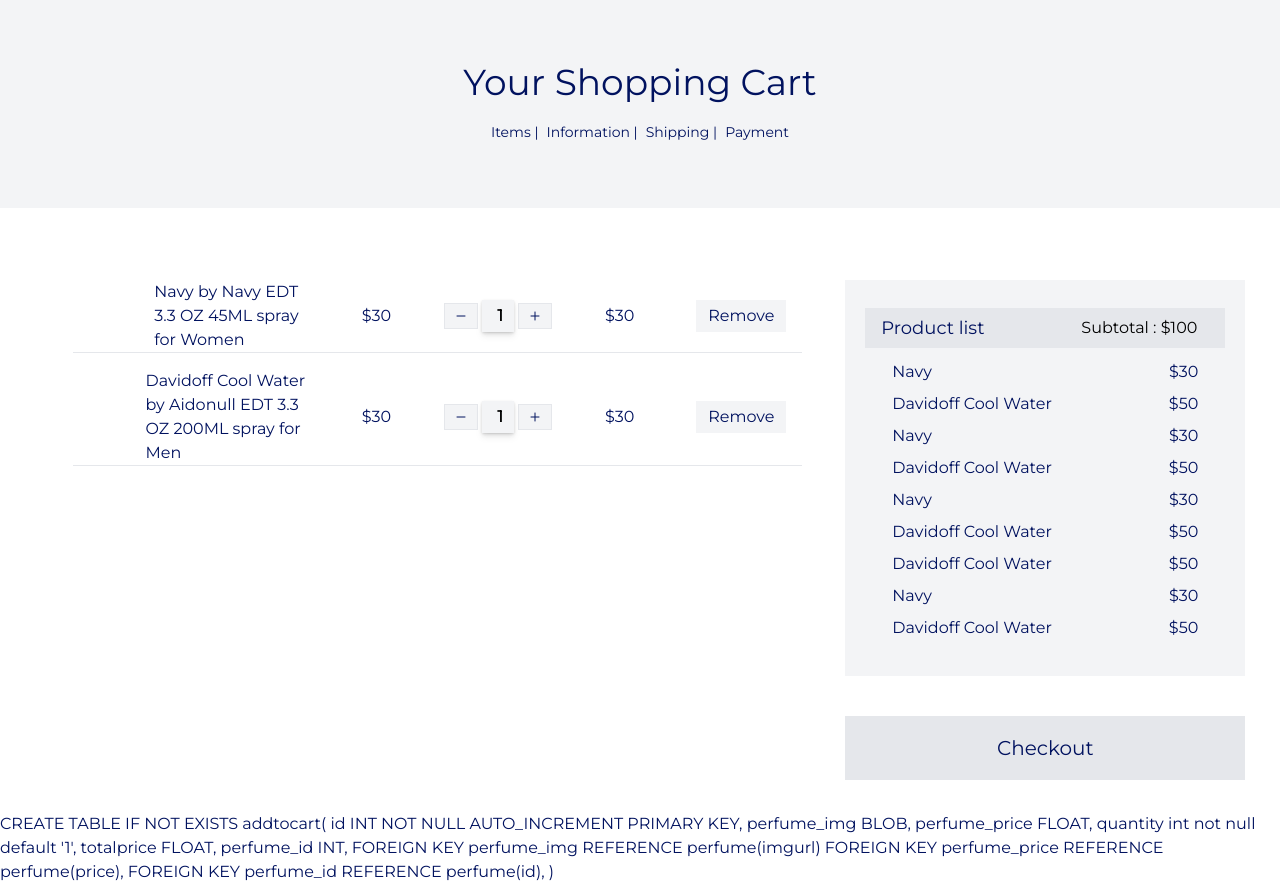
Repository: hsumyatm7308/ecommerce-small-shopping
Page: http://localhost/mvcshop/shopcartpage.php
An editor plug-in stored every save of this project. The page is shown before and after the next save, followed by the edit.
The browser window is 1280 px wide. The pictures show the whole page.
Some web libraries are served in a nearby version. The page is run by PHP 8.4 with error messages shown; the project is at /var/www/html/. Queries for data that is not in the repository find no rows.

Above is the page before, as saved 2023-08-11 01:38:56.

### shopcartpage.php
<!DOCTYPE html>
<html>

<head>
    <meta charset="UTF-8">
    <meta name="viewport" content="width=device-width, initial-scale=1.0">
    <title>Shopping</title>
    <link rel="stylesheet" href="./css/style.css">
    <script src="https://cdn.tailwindcss.com"></script>
    <script src="https://code.jquery.com/jquery-3.6.0.min.js"
        integrity="sha256-/xUj+3OJU5yExlq6GSYGSHk7tPXikynS7ogEvDej/m4=" crossorigin="anonymous"></script>
    <script src="https://cdnjs.cloudflare.com/ajax/libs/popper.js/1.12.9/umd/popper.min.js"
        integrity="sha384-ApNbgh9B+Y1QKtv3Rn7W3mgPxhU9K/ScQsAP7hUibX39j7fakFPskvXusvfa0b4Q"
        crossorigin="anonymous"></script>
    <script src="https://maxcdn.bootstrapcdn.com/bootstrap/4.0.0/js/bootstrap.min.js"
        integrity="sha384-JZR6Spejh4U02d8jOt6vLEHfe/JQGiRRSQQxSfFWpi1MquVdAyjUar5+76PVCmYl"
        crossorigin="anonymous"></script>

</head>

<body>

    <section>
        <div class="w-full h-52 bg-gray-100 flex justify-center itmes-center">
            <div class="flex justify-center itmes-center flex-col">
                <h1 class="text-4xl"> Your Shopping Cart</h1>

                <div class="mt-4">
                    <ul class="flex justify-center itmes-center text-sm">
                        <li class="p-1">Items |</li>
                        <li class="p-1 ">Information |</li>
                        <li class="p-1">Shipping |</li>
                        <li class="p-1 ">Payment</li>
                    </ul>
                </div>
            </div>
        </div>
    </section>

    <section>
        <div class="w-full p-8">
            <div class="grid grid-cols-3">
                <div class="col-span-2 flex justify-center items-start">

                    <div class="w-[90%] mt-10">

                        <div class=" grid grid-cols-6 justify-center items-center border-b mb-4">
                            <div class="col-span-2 flex justify-center items-center">
                                <img src="./assets/img/perfume/men/men1.jpg" alt="" class="" width="100px">
                                <span class="ml-10">Navy by Navy EDT 3.3 OZ 45ML spray for Women</span>
                            </div>

                            <div class="flex justify-center items-center">
                                <p>$30</p>
                            </div>

                            <div class=" flex justify-center items-center">

                                <div class="  flex justify-center items-center p-1">

                                    <div class="item flex justify-center items-center p-1">
                                        <div class="flex items-center">
                                            <span id="decrease" class="bg-gray-100 border px-2 py-1 m-1 decrease">
                                                <svg xmlns="http://www.w3.org/2000/svg" fill="none" viewBox="0 0 24 24"
                                                    stroke-width="1.5" stroke="currentColor" class="w-4 h-4">
                                                    <path stroke-linecap="round" stroke-linejoin="round" d="M18 12H6" />
                                                </svg>
                                            </span>

                                            <span
                                                class="w-8 h-8 bg-gray-100 text-[#000] font-semibold shadow drop-shadow-md flex justify-center items-center">
                                                <input type="text" class="w-8 bg-gray-100 focus:outline-none valueInput"
                                                    value=" 1" style="text-align:center;">
                                            </span>

                                            <span id="increase" class="bg-gray-100 border px-2 py-1 m-1 increase">
                                                <svg xmlns="http://www.w3.org/2000/svg" fill="none" viewBox="0 0 24 24"
                                                    stroke-width="1.5" stroke="currentColor" class="w-4 h-4">
                                                    <path stroke-linecap="round" stroke-linejoin="round"
                                                        d="M12 6v12m6-6H6" />
                                                </svg>
                                            </span>
                                        </div>
                                    </div>

                                </div>

                            </div>

                            <div class="flex justify-center items-center">
                                <p>$30</p>
                            </div>

                            <div class="flex justify-center items-center">
                                <button class="px-3 py-1 bg-gray-100">Remove</button>
                            </div>

                        </div>

                        <div class=" grid grid-cols-6 justify-center items-center border-b mb-4">
                            <div class="col-span-2 flex justify-center items-center">
                                <img src="./assets/img/perfume/men/men1.jpg" alt="" class="" width="100px">
                                <span class="ml-10">Davidoff Cool Water by Aidonull EDT 3.3 OZ 200ML spray for
                                    Men</span>
                            </div>

                            <div class="flex justify-center items-center">
                                <p>$30</p>
                            </div>

                            <div class=" flex justify-center items-center">

                                <div class="  flex justify-center items-center p-1">

                                    <div class="item flex justify-center items-center p-1">
                                        <div class="flex items-center">
                                            <span id="decrease" class="bg-gray-100 border px-2 py-1 m-1 decrease">
                                                <svg xmlns="http://www.w3.org/2000/svg" fill="none" viewBox="0 0 24 24"
                                                    stroke-width="1.5" stroke="currentColor" class="w-4 h-4">
                                                    <path stroke-linecap="round" stroke-linejoin="round" d="M18 12H6" />
                                                </svg>
                                            </span>

                                            <span
                                                class="w-8 h-8 bg-gray-100 text-[#000] font-semibold shadow drop-shadow-md flex justify-center items-center">
                                                <input type="text" class="w-8 bg-gray-100 focus:outline-none valueInput"
                                                    value=" 1" style="text-align:center;">
                                            </span>

                                            <span id="increase" class="bg-gray-100 border px-2 py-1 m-1 increase">
                                                <svg xmlns="http://www.w3.org/2000/svg" fill="none" viewBox="0 0 24 24"
                                                    stroke-width="1.5" stroke="currentColor" class="w-4 h-4">
                                                    <path stroke-linecap="round" stroke-linejoin="round"
                                                        d="M12 6v12m6-6H6" />
                                                </svg>
                                            </span>
                                        </div>
                                    </div>

                                </div>

                            </div>

                            <div class="flex justify-center items-center">
                                <p>$30</p>
                            </div>

                            <div class="flex justify-center items-center">
                                <button class="px-3 py-1 bg-gray-100">Remove</button>
                            </div>

                        </div>


                        <?php require_once "cart.php" ?>



                    </div>
                </div>
                <div class="w-full flex justify-start items-center flex-col">
                    <div class="w-[400px] min-h-[300px] bg-gray-100 mt-10 flex  items-center flex-col px-5 py-7">
                        <div class="w-full h-10 bg-gray-200 flex justify-between items-center">
                            <h1 class="text-lg ml-4">Product list</h1>
                            <h1 class="text-black mr-7">Subtotal : $100</h1>
                        </div>
                        <div class="w-[85%] flex items-center flex-col mt-3">

                            <li class="w-full flex justify-between mb-2"><span>Navy</span> <span>$30</span></li>
                            <li class="w-full flex justify-between  mb-2"><span>Davidoff Cool Water</span>
                                <span>$50</span>
                            </li>
                            <li class="w-full flex justify-between  mb-2"><span>Navy</span> <span>$30</span></li>
                            <li class="w-full flex justify-between  mb-2"><span>Davidoff Cool Water</span>
                                <span>$50</span>
                            </li>
                            <li class="w-full flex justify-between  mb-2"><span>Navy</span> <span>$30</span></li>
                            <li class="w-full flex justify-between  mb-2"><span>Davidoff Cool Water</span>
                                <span>$50</span>
                            </li>
                            <li class="w-full flex justify-between  mb-2"><span>Davidoff Cool Water</span>
                                <span>$50</span>
                            </li>
                            <li class="w-full flex justify-between  mb-2"><span>Navy</span> <span>$30</span></li>
                            <li class="w-full flex justify-between  mb-2"><span>Davidoff Cool Water</span>
                                <span>$50</span>
                            </li>



                        </div>
                    </div>

                    <div class="w-[400px] h-16 bg-gray-200 flex justify-center items-center mt-10 ">
                        <a href="./informationpage.html" class="text-xl">Checkout</a>
                    </div>
                </div>

            </div>

        </div>
    </section>




    <script>
        const items = document.querySelectorAll('.item');

        items.forEach(item => {
            const decreaseButton = item.querySelector('.decrease');
            const increaseButton = item.querySelector('.increase');
            const valueInput = item.querySelector('.valueInput');


            decreaseButton.addEventListener('click', () => {
                let currentValue = parseInt(valueInput.value);
                if (!isNaN(currentValue)) {
                    valueInput.value = Math.max(currentValue - 1, 0);
                }

                console.log(item)

            });

            increaseButton.addEventListener('click', () => {
                let currentValue = parseInt(valueInput.value);
                if (!isNaN(currentValue)) {
                    valueInput.value = currentValue + 1;
                }

                console.log("hi")
            });
        });
    </script>

</body>

</html>



<!-- CREATE TABLE IF NOT EXISTS customers(

    id INT NOT NULL AUTO_INCREMENT PRIMARY KEY,
    name VARCHAR (256),
    email VARCHAR (255),
    address VARCHAR(320),
    payment ENUM('COD','Paypal'),
    shipping ENUM('fast','faster','fastest'),
    perfume_id INT,
    FOREIGN KEY perfume_id REFERENCE  perfume(id)

)
-->
CREATE TABLE IF NOT EXISTS addtocart(
    id INT NOT NULL AUTO_INCREMENT PRIMARY KEY,
    perfume_img BLOB,
    perfume_price FLOAT,

    quantity int not null default '1',
    totalprice FLOAT,
    perfume_id INT,
    FOREIGN KEY perfume_img REFERENCE  perfume(imgurl)
    FOREIGN KEY perfume_price REFERENCE  perfume(price),
    FOREIGN KEY perfume_id REFERENCE  perfume(id),


)

### cart.php
<?php
// error_reporting(E_ALL);
// ini_set('display_errors', '1');

// require_once "database.php";

$cartstmt = null;

if ($_SERVER["REQUEST_METHOD"] === "POST") {
    if (isset($_POST["quantity"])) {
        $quantity = $_POST["quantity"];
        $id = $_GET['items'];
        // $perfumename = $_POST["perfumeName"];
        // $brandname = $_POST["brandName"];

        // echo $quantity, $id,$perfumename,$brandname;

        try {
            $conn = new PDO("mysql:host=localhost;dbname=perumdej", "root", "");

            $cartstmt = $conn->prepare("SELECT * FROM perfume WHERE id = :id");
            $cartstmt->bindParam(':id', $id);
            $cartstmt->execute();

            while ($row = $cartstmt->fetch()) {

                echo $row['perfume_name'];

            }

        } catch (PDOException $e) {
            echo "PDOException: " . $e->getMessage();
        }

    } else {
        echo "Quantity parameter is missing in the request.";
    }
}
?>



    <!-- <div class=" grid grid-cols-6 justify-center items-center border-b mb-4">
        <div class="col-span-2 flex justify-center items-center">
            <img src="./assets/img/perfume/men/men1.jpg" alt="" class="" width="100px">
            <span class="ml-10">

            </span>
        </div>

        <div class="flex justify-center items-center">
            <p>$30</p>
        </div>

        <div class=" flex justify-center items-center">

            <div class="  flex justify-center items-center p-1">

                <div class="item flex justify-center items-center p-1">
                    <div class="flex items-center">
                        <span id="decrease" class="bg-gray-100 border px-2 py-1 m-1 decrease">
                            <svg xmlns="http://www.w3.org/2000/svg" fill="none" viewBox="0 0 24 24" stroke-width="1.5"
                                stroke="currentColor" class="w-4 h-4">
                                <path stroke-linecap="round" stroke-linejoin="round" d="M18 12H6" />
                            </svg>
                        </span>

                        <span
                            class="w-8 h-8 bg-gray-100 text-[#000] font-semibold shadow drop-shadow-md flex justify-center items-center">
                            <input type="text" class="w-8 bg-gray-100 focus:outline-none valueInput" value=" 1"
                                style="text-align:center;">
                        </span>

                        <span id="increase" class="bg-gray-100 border px-2 py-1 m-1 increase">
                            <svg xmlns="http://www.w3.org/2000/svg" fill="none" viewBox="0 0 24 24" stroke-width="1.5"
                                stroke="currentColor" class="w-4 h-4">
                                <path stroke-linecap="round" stroke-linejoin="round" d="M12 6v12m6-6H6" />
                            </svg>
                        </span>
                    </div>
                </div>

            </div>

        </div>

        <div class="flex justify-center items-center">
            <p>$30</p>
        </div>

        <div class="flex justify-center items-center">
            <button class="px-3 py-1 bg-gray-100">Remove</button>
        </div>

    </div> -->

### css/style.css
@import url('https://fonts.googleapis.com/css2?family=Montserrat&display=swap');
body {

    font-family: 'Montserrat', sans-serif;
    /* font-family: capitolina, serif; */
    /* font-family: 'Courier New', Courier, monospace; */
    font-style: normal;
    font-weight: 300;
    color: #01125f;

    margin: 0;
    padding: 0;

    overflow-x: hidden;






}

@import url('https://fonts.googleapis.com/css2?family=Crimson+Text&family=Oswald:wght@300&display=swap');

nav{
    /* font-family: 'Crimson Text', serif;
    font-family: 'Oswald', sans-serif; */
    color: #01125f;


}


.imgctn{
    display: grid;
    grid-template-columns: 3;

}

### sortingindex.php
<div>
    <ul class="flex justify-center items-center">
        <li class="font-bold mr-5">Sort by : </li>
        <form action="" method="post" class="flex justify-center items-center">
            <?php


            if (isset($_POST['asc'])) {


                echo '<li class="mr-5">
                                <button type="submit" name="asc" class="text-gray-500 p-1">Ascending price</button>
                            </li>';
            } else {
                echo '<li class="mr-5">
                            <button type="submit" name="asc" class="">Ascending price</button>
                        </li>';
            }
            if (isset($_POST['dec'])) {
                echo '<li class="mr-5">
                                <button type="submit" name="dec" class="text-gray-500">Descending price</button>
                            </li>';
            } else {
                echo '<li class="mr-5">
                                <button type="submit" name="dec" class="text--500">Descending price</button>
                            </li>';
            }

            if (isset($_POST['rev'])) {
                echo '<li class="mr-5">
                                <button type="submit" name="rev" class="text-gray-500">Review </button>
                            </li>';
            } else {
                echo '<li class="mr-5">
                                <button type="submit" name="rev" class="text--500">Review </button>
                            </li>';
            }


            ?>
        </form>
    </ul>
</div>

### brandname/brandnameall.php
<?php
require_once "database.php";

try {
    global $conn;

    $stmt = $conn->prepare("SELECT fsletter FROM perfume  ORDER BY fsletter ASC");
    $stmt->execute();


    $shownLetters = array();

} catch (Exception $e) {
    echo "Error Found: " . $e->getMessage();
}
?>


<?php
$currentPage = 1;
?>

<?php while ($row = $stmt->fetch()): ?>
    <?php
    if (!in_array($row['fsletter'], $shownLetters)) {
        $shownLetters[] = $row['fsletter'];

        $letter = $row['fsletter'];
        if (isset($_GET['letters']) && $_GET['letters'] === $letter) {
            $backgroundClass = "bg-gray-400 text-white";
        } else {
            $backgroundClass = "bg-gray-100";
        }
        ?>

        <li class="w-7 h-7 flex justify-center items-center m-1 letter-link <?php echo $backgroundClass; ?>">
            <a href="index.php?page=<?php echo $currentPage; ?>&letters=<?php echo urlencode($letter); ?>"><?php echo $letter; ?></a>
        </li>

    <?php } ?>
<?php endwhile; ?>

### database.php
<?php
$servername = "localhost";
$username = "root";
$password = "";
$dbname = "perumdej";

try {
    // Create a database connection
    $conn = new PDO("mysql:host=$servername;dbname=$dbname", $username, $password);
    $conn->setAttribute(PDO::ATTR_ERRMODE, PDO::ERRMODE_EXCEPTION);

    // if ($_SERVER["REQUEST_METHOD"] == "POST") {
    //     $imageData = file_get_contents($_FILES['image']['tmp_name']);

    //     $stmt = $conn->prepare("UPDATE perfume SET imgurl = :imgurl WHERE id = :id");




    //     $id = 1;



    //     $stmt->bindParam(':id', $id, PDO::PARAM_INT);
    //     $stmt->bindParam(':imgurl', $imageData);



    //     $stmt->execute();

    //     echo "Image inserted successfully.";
    // }
} catch (PDOException $e) {
    echo "Error: " . $e->getMessage();
}




?>

### pagination.php
<?php
require_once "database.php";

try {
    global $conn;

    $stmt = $conn->prepare("SELECT id, perfume_name, brand_name, category_name, price, imgurl,mili FROM perfume");
    $stmt->execute(); // Execute the query to fetch data


    $pricestmt = $conn->prepare("SELECT id, perfume_name, brand_name, category_name, price, imgurl, mili FROM perfume WHERE price BETWEEN :startprice AND :endprice AND category_name IN ('Men','Unisex','Women')");
    $pricestmt->bindParam(':startprice', $startprice, PDO::PARAM_INT);
    $pricestmt->bindParam(':endprice', $endprice, PDO::PARAM_INT);
    $pricestmt->execute();

} catch (Exception $e) {
    echo "Error Found: " . $e->getMessage();
}




?>

Loaded but not shown: backendfunction/allfrg.php (607 lines, source omitted); index.php (268 lines, source omitted); headersection.php (175 lines, source omitted)

After the next save:
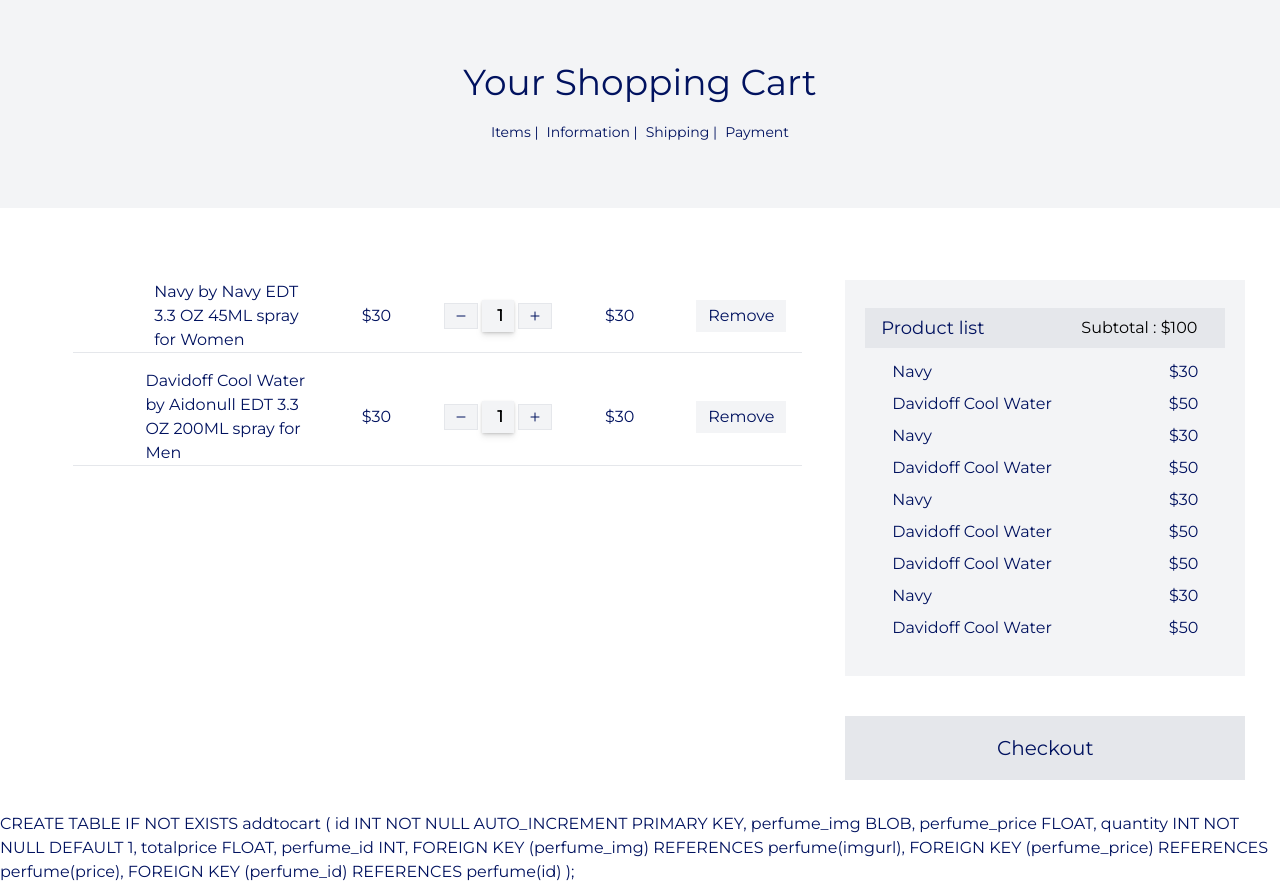
Saved 40 s later.
--- a/shopcartpage.php
+++ b/shopcartpage.php
@@ -253,17 +253,14 @@
 
 )
 -->
-CREATE TABLE IF NOT EXISTS addtocart(
+CREATE TABLE IF NOT EXISTS addtocart (
     id INT NOT NULL AUTO_INCREMENT PRIMARY KEY,
     perfume_img BLOB,
     perfume_price FLOAT,
-
-    quantity int not null default '1',
+    quantity INT NOT NULL DEFAULT 1,
     totalprice FLOAT,
     perfume_id INT,
-    FOREIGN KEY perfume_img REFERENCE  perfume(imgurl)
-    FOREIGN KEY perfume_price REFERENCE  perfume(price),
-    FOREIGN KEY perfume_id REFERENCE  perfume(id),
-
-
-)
+    FOREIGN KEY (perfume_img) REFERENCES perfume(imgurl),
+    FOREIGN KEY (perfume_price) REFERENCES perfume(price),
+    FOREIGN KEY (perfume_id) REFERENCES perfume(id)
+);
